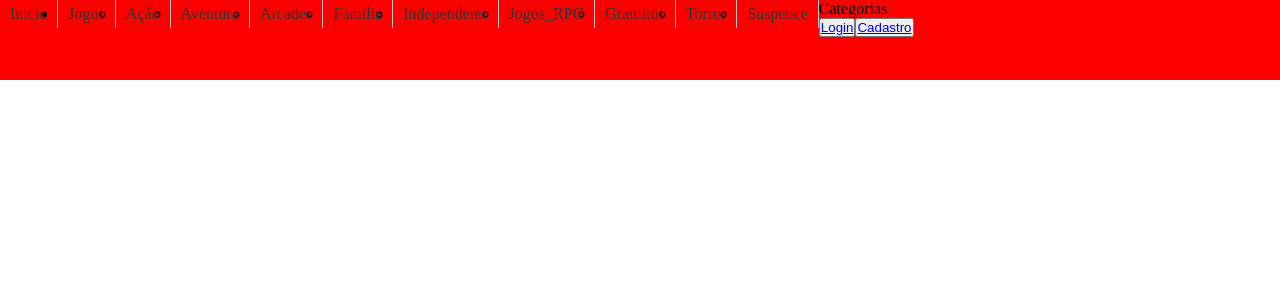
Repository: MarcoantonioCaldeira/Projeto-Go-Gamming
Page: /
The author's editor kept a copy of each file at every save. The page is drawn from the files as they stood at one save, then again after the next save.
The browser window is 1280 px wide. The pictures show the whole page.
The project was rebuilt for these pictures with package versions that can differ from the ones it lists, and the page was loaded fresh each time. Also part of the build but not shown: src/pages/Inicio/estilo.css, src/pages/rodape/rodape.js, src/pages/Inicio/Inicio.js, src/pages/Jogos/Jogos.js, src/pages/Categorias/Acao.js, src/pages/Categorias/Aventura.js, src/pages/Categorias/Arcades.js, src/pages/Categorias/Familia.js and 7 more.

Above is the page before, as saved 2023-01-25 22:51:44.

After the next save:
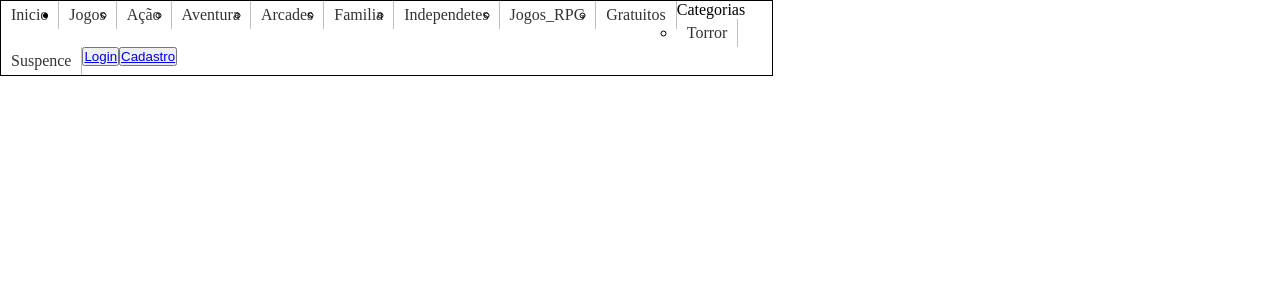
Saved 61 s later.
--- a/src/pages/Menu/estilo.css
+++ b/src/pages/Menu/estilo.css
@@ -12,12 +12,9 @@
 } */
 
 #nav_bar{
-    position:relative;
-    width: 100%;
     list-style:none;
     float:left;
-    background-color: red;
-    height: 80px;
+    border: 1px solid;
 }
 
 #nav_bar li{
